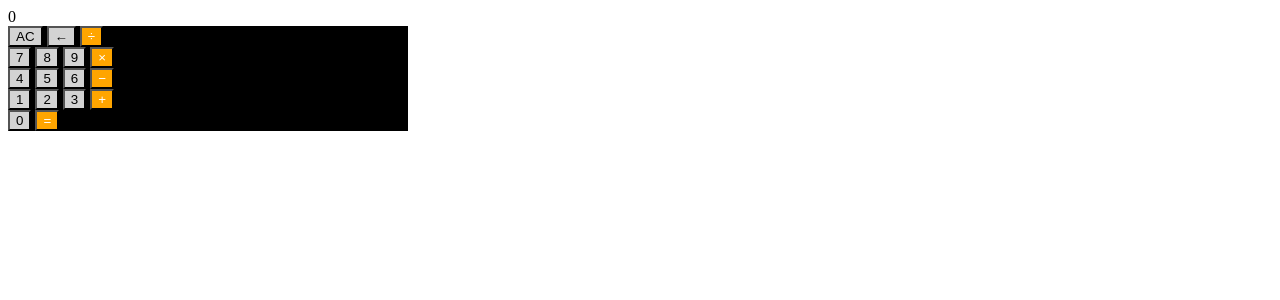
Repository: KaylaDamons/LAB-calculator
Page: index.html
An editor plug-in stored every save of this project. The page is shown before and after the next save, followed by the edit.
The browser window is 1280 px wide. The pictures show the whole page.

Above is the page before, as saved 2024-01-13 19:06:55.

After the next save:
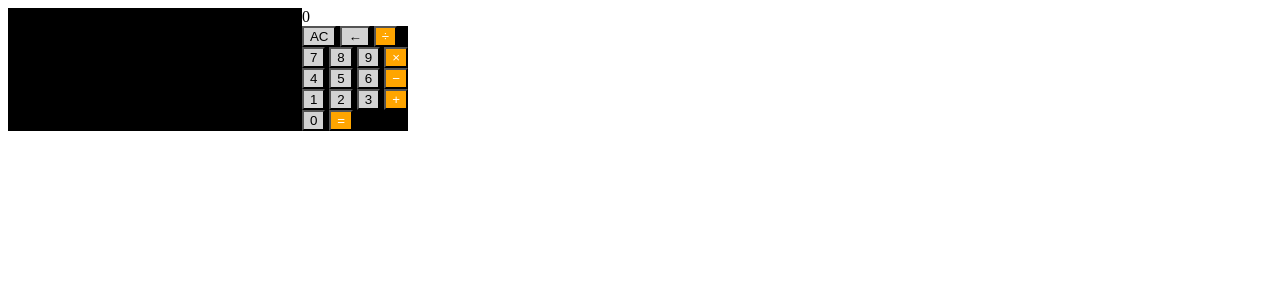
Saved 44 s later.
--- a/main.css
+++ b/main.css
@@ -1,9 +1,9 @@
 
  .wrapper {
   display:grid;
-width: 400px;
-background-color:black;
-just
+  width: 400px;
+  background-color:black;
+  justify-content: flex-end;
 
  }
 
